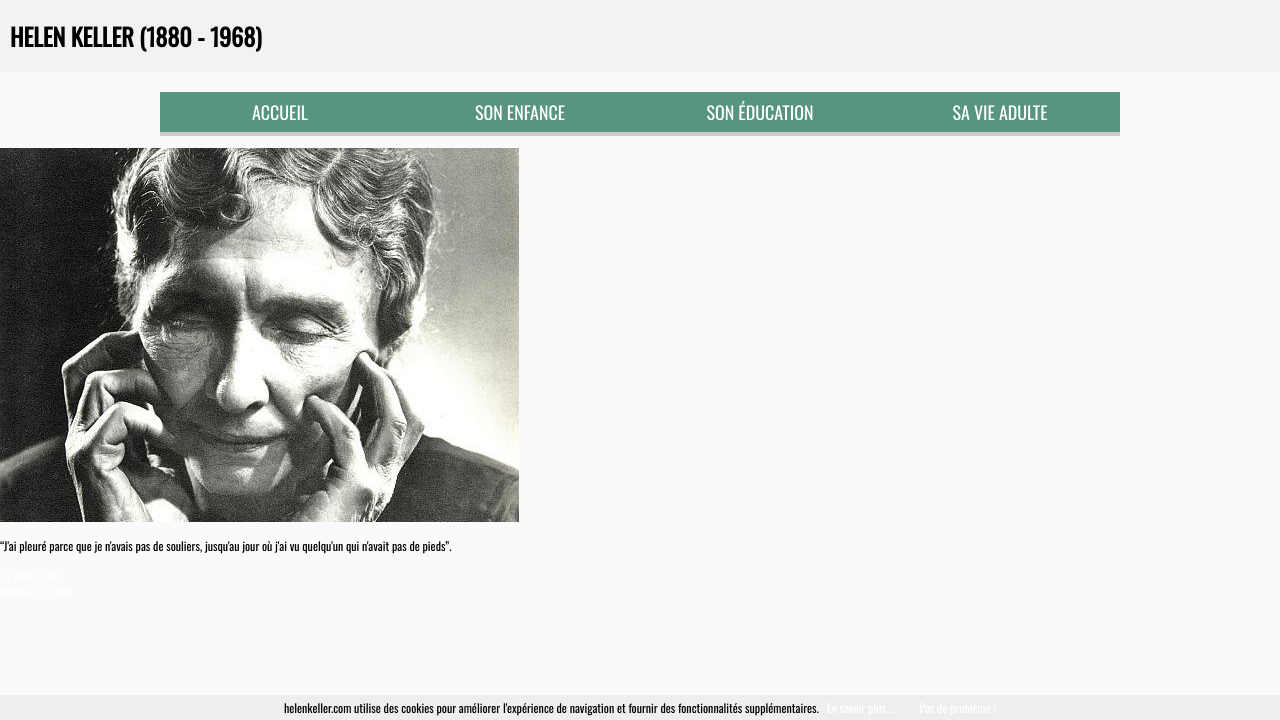
Repository: Luc010/Exercices
Page: HTML CSS/biographie_helen_keller/index.html
The author's editor kept a copy of each file at every save. The page is drawn from the files as they stood at one save, then again after the next save.
The browser window is 1280 px wide. The pictures show the whole page.

Above is the page before, as saved 2019-09-06 08:35:51.

### HTML CSS/biographie_helen_keller/index.html
<!DOCTYPE html>
<html lang="fr">
<head>
    <title>Biographie Helen Keller - Accueil</title>
    <meta charset="UTF-8">
    <meta name="viewport" content="width=device-width, initial-scale=1.0">
    <meta http-equiv="X-UA-Compatible" content="ie=edge">
    <link href="style.css" rel="stylesheet">
</head>
<body>
    <header>
        <div class="brand">
            <h1>HELEN KELLER (1880 - 1968)</h1>
        </div>
    </header>
        <nav>
            <ul class="navbar">
                <li class="navlink"><a href="index.html">Accueil</a></li>
                <li class="navlink"><a href="enfance.html">Son enfance</a></li>
                <li class="navlink"><a href="education.html">Son éducation</a></li>
                <li class="navlink"><a href="adulte.html">Sa vie adulte</a></li>
            </ul>
        </nav>
        <main>
            <div class="container">
                <p><img src="img/hk.jpg" alt="helen Keller portrait"></p>
                <p>“J'ai pleuré parce que je n'avais pas de souliers, jusqu'au jour où j'ai vu quelqu'un qui n'avait pas de
                    pieds”.
                </p>
            </div>
        </main>
        <footer>
            <div class="container">
                <!-- ul>li*5>a{lien$} -->
                <ul>
                    <li><a href="savoirplus.html">En savoir plus</a></li>
                    <li><a href="mentions.html">Mentions légales</a></li>
                </ul>
            </div>
        </footer>
    <script src="cookiechoices.js"></script>
    <script>document.addEventListener('DOMContentLoaded', function(event) {
        cookieChoices.showCookieConsentBar('helenkeller.com utilise des cookies pour améliorer l\'expérience de navigation et fournir des fonctionnalités supplémentaires.',
          'Pas de problème !', 'En savoir plus ...', 'http://127.0.0.1:5500/biographie_helen_keller/adulte.html');
      });
    </script>
</body>
</html>

### HTML CSS/biographie_helen_keller/style.css
@import url('https://fonts.googleapis.com/css?family=Oswald&display=swap');

/* GENERAL */
*{
    box-sizing: border-box;
}
body{
    margin: 0;
    padding: 0;
    background-color: #fafafa;
    font-size: 12px;
    font-family: 'Oswald',corbel,calibri,sans-serif;
}
h1{
    margin: 0;
}
a{
    text-decoration: none;
    color: white;
}
ul,li{
    list-style: none;
    margin: 0;
    padding: 0;
}
nav{
    width: 960px;
    margin:20px auto 0 auto;
}
.navbar{
    display: flex;
    justify-content: space-around;
    text-align: center;
}
.navlink{
    width: 100%;
    font-size: 18px;
    background-color: #589482;
    line-height: 40px;
    text-transform: uppercase;
    font-weight: 500;
}
.navlink:hover{
    background-color: #323232;
}
ul > .navlink{
    border-bottom: solid 4px #ccc;
}
/* HEADER */

header{
    background-color: #f2f2f2;
    height: 72px;
    display:flex;
    align-items: center;
}
.brand{
    text-indent: 10px;
}

### HTML CSS/biographie_helen_keller/cookiechoices.js
/*
 Copyright 2014 Google Inc. All rights reserved.

 Licensed under the Apache License, Version 2.0 (the "License");
 you may not use this file except in compliance with the License.
 You may obtain a copy of the License at

 http://www.apache.org/licenses/LICENSE-2.0

 Unless required by applicable law or agreed to in writing, software
 distributed under the License is distributed on an "AS IS" BASIS,
 WITHOUT WARRANTIES OR CONDITIONS OF ANY KIND, either express or implied.
 See the License for the specific language governing permissions and
 limitations under the License.
 */

(function(window) {

  if (!!window.cookieChoices) {
    return window.cookieChoices;
  }

  var document = window.document;
  // IE8 does not support textContent, so we should fallback to innerText.
  var supportsTextContent = 'textContent' in document.body;

  var cookieChoices = (function() {

    var cookieName = 'displayCookieConsent';
    var cookieConsentId = 'cookieChoiceInfo';
    var dismissLinkId = 'cookieChoiceDismiss';

    function _createHeaderElement(cookieText, dismissText, linkText, linkHref) {
      var butterBarStyles = 'position:fixed;width:100%;background-color:#eee;' +
          'margin:0; left:0; bottom:0;padding:4px;z-index:1000;text-align:center;';

      var cookieConsentElement = document.createElement('div');
      cookieConsentElement.id = cookieConsentId;
      cookieConsentElement.style.cssText = butterBarStyles;
      cookieConsentElement.appendChild(_createConsentText(cookieText));

      if (!!linkText && !!linkHref) {
        cookieConsentElement.appendChild(_createInformationLink(linkText, linkHref));
      }
      cookieConsentElement.appendChild(_createDismissLink(dismissText));
      return cookieConsentElement;
    }

    function _createDialogElement(cookieText, dismissText, linkText, linkHref) {
      var glassStyle = 'position:fixed;width:100%;height:100%;z-index:999;' +
          'top:0;left:0;opacity:0.5;filter:alpha(opacity=50);' +
          'background-color:#ccc;';
      var dialogStyle = 'z-index:1000;position:fixed;left:50%;top:50%';
      var contentStyle = 'position:relative;left:-50%;margin-top:-25%;' +
          'background-color:#fff;padding:20px;box-shadow:4px 4px 25px #888;';

      var cookieConsentElement = document.createElement('div');
      cookieConsentElement.id = cookieConsentId;

      var glassPanel = document.createElement('div');
      glassPanel.style.cssText = glassStyle;

      var content = document.createElement('div');
      content.style.cssText = contentStyle;

      var dialog = document.createElement('div');
      dialog.style.cssText = dialogStyle;

      var dismissLink = _createDismissLink(dismissText);
      dismissLink.style.display = 'block';
      dismissLink.style.textAlign = 'right';
      dismissLink.style.marginTop = '8px';

      content.appendChild(_createConsentText(cookieText));
      if (!!linkText && !!linkHref) {
        content.appendChild(_createInformationLink(linkText, linkHref));
      }
      content.appendChild(dismissLink);
      dialog.appendChild(content);
      cookieConsentElement.appendChild(glassPanel);
      cookieConsentElement.appendChild(dialog);
      return cookieConsentElement;
    }

    function _setElementText(element, text) {
      if (supportsTextContent) {
        element.textContent = text;
      } else {
        element.innerText = text;
      }
    }

    function _createConsentText(cookieText) {
      var consentText = document.createElement('span');
      _setElementText(consentText, cookieText);
      return consentText;
    }

    function _createDismissLink(dismissText) {
      var dismissLink = document.createElement('a');
      _setElementText(dismissLink, dismissText);
      dismissLink.id = dismissLinkId;
      dismissLink.href = '#';
      dismissLink.style.marginLeft = '24px';
      return dismissLink;
    }

    function _createInformationLink(linkText, linkHref) {
      var infoLink = document.createElement('a');
      _setElementText(infoLink, linkText);
      infoLink.href = linkHref;
      infoLink.target = '_blank';
      infoLink.style.marginLeft = '8px';
      return infoLink;
    }

    function _dismissLinkClick() {
      _saveUserPreference();
      _removeCookieConsent();
      return false;
    }

    function _showCookieConsent(cookieText, dismissText, linkText, linkHref, isDialog) {
      if (_shouldDisplayConsent()) {
        _removeCookieConsent();
        var consentElement = (isDialog) ?
            _createDialogElement(cookieText, dismissText, linkText, linkHref) :
            _createHeaderElement(cookieText, dismissText, linkText, linkHref);
        var fragment = document.createDocumentFragment();
        fragment.appendChild(consentElement);
        document.body.appendChild(fragment.cloneNode(true));
        document.getElementById(dismissLinkId).onclick = _dismissLinkClick;
      }
    }

    function showCookieConsentBar(cookieText, dismissText, linkText, linkHref) {
      _showCookieConsent(cookieText, dismissText, linkText, linkHref, false);
    }

    function showCookieConsentDialog(cookieText, dismissText, linkText, linkHref) {
      _showCookieConsent(cookieText, dismissText, linkText, linkHref, true);
    }

    function _removeCookieConsent() {
      var cookieChoiceElement = document.getElementById(cookieConsentId);
      if (cookieChoiceElement != null) {
        cookieChoiceElement.parentNode.removeChild(cookieChoiceElement);
      }
    }

    function _saveUserPreference() {
      // Set the cookie expiry to one year after today.
      var expiryDate = new Date();
      expiryDate.setFullYear(expiryDate.getFullYear() + 1);
      document.cookie = cookieName + '=y; expires=' + expiryDate.toGMTString();
    }

    function _shouldDisplayConsent() {
      // Display the header only if the cookie has not been set.
      return !document.cookie.match(new RegExp(cookieName + '=([^;]+)'));
    }

    var exports = {};
    exports.showCookieConsentBar = showCookieConsentBar;
    exports.showCookieConsentDialog = showCookieConsentDialog;
    return exports;
  })();

  window.cookieChoices = cookieChoices;
  return cookieChoices;
})(this);

After the next save:
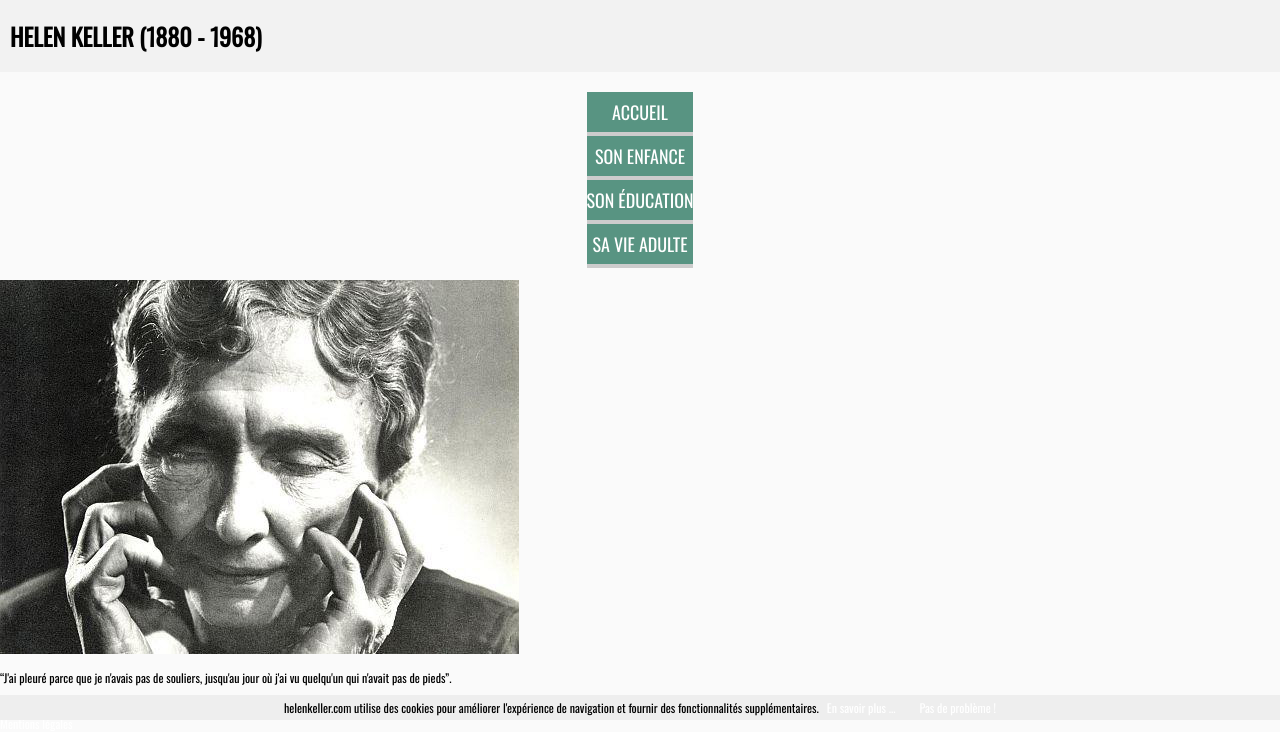
Saved 12 s later.
--- a/HTML CSS/biographie_helen_keller/style.css
+++ b/HTML CSS/biographie_helen_keller/style.css
@@ -26,10 +26,10 @@ ul,li{
 nav{
     width: 960px;
     margin:20px auto 0 auto;
+    display: flex;
+    justify-content: space-around;
 }
 .navbar{
-    display: flex;
-    justify-content: space-around;
     text-align: center;
 }
 .navlink{

After the 2 saves that followed:
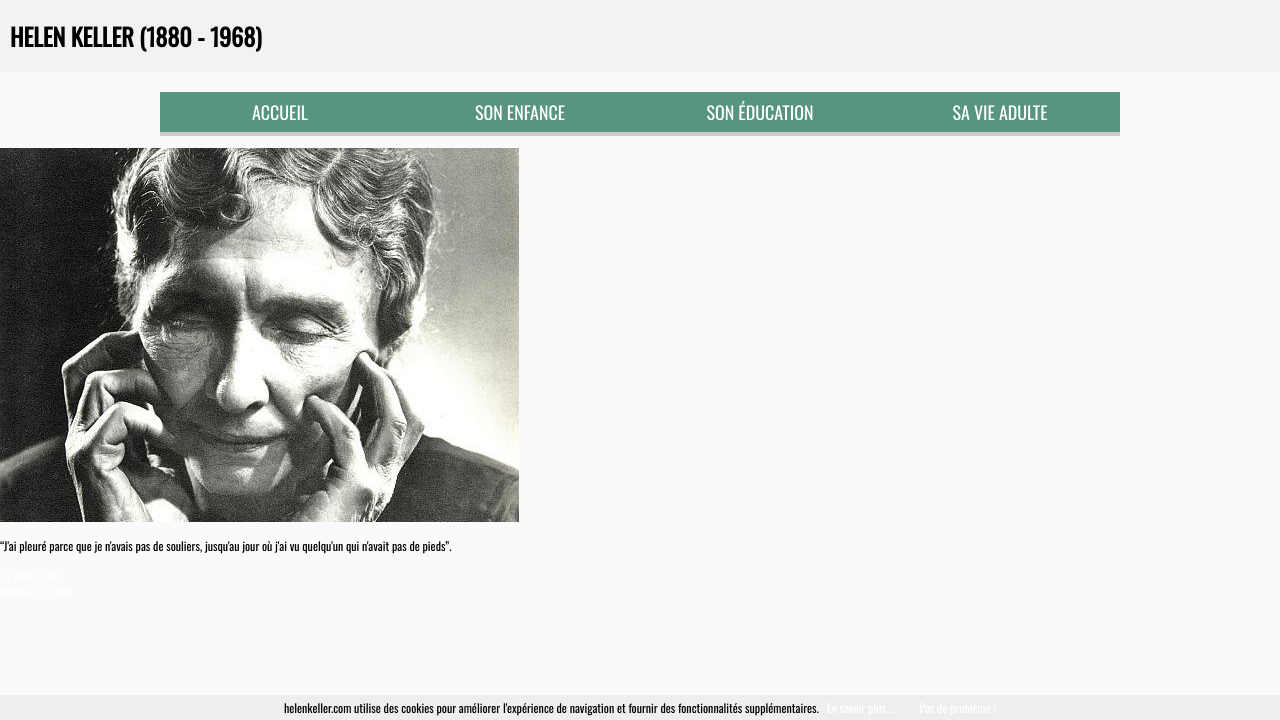
The 2 saves are shown as one change because they came seconds apart.
The last was saved 8 s later.
--- a/HTML CSS/biographie_helen_keller/style.css
+++ b/HTML CSS/biographie_helen_keller/style.css
@@ -26,11 +26,11 @@ ul,li{
 nav{
     width: 960px;
     margin:20px auto 0 auto;
-    display: flex;
-    justify-content: space-around;
 }
 .navbar{
     text-align: center;
+    display: flex;
+    justify-content: space-around;
 }
 .navlink{
     width: 100%;
